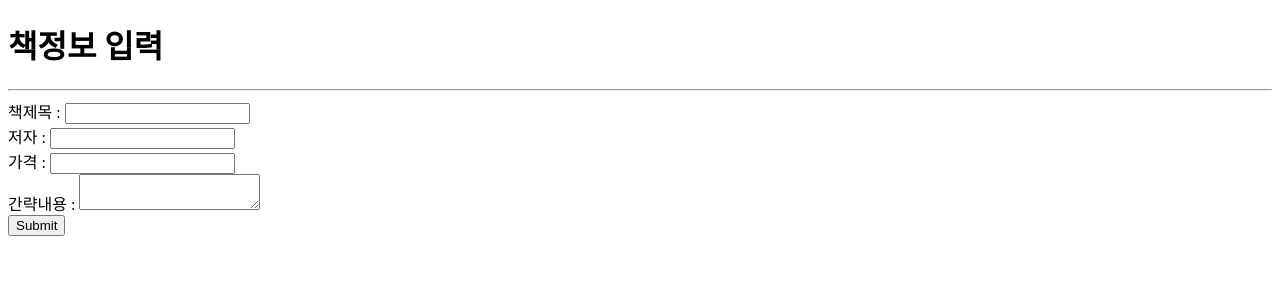
Repository: fhwang2/WEB
Page: 190710_JSP_withDB/WebContent/inputForm.html
An editor plug-in stored every save of this project. The page is shown before and after the next save, followed by the edit.
The browser window is 1280 px wide. The pictures show the whole page.

Above is the page before, as saved 2019-07-10 01:22:58.

After the next save:
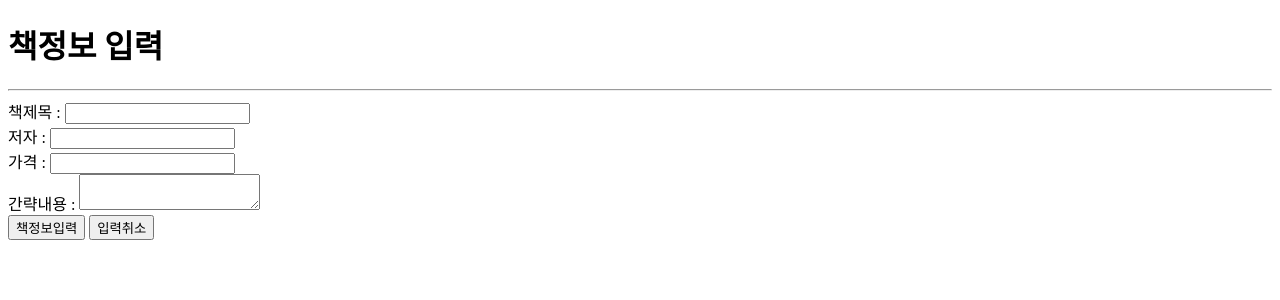
Saved 29 s later.
--- a/190710_JSP_withDB/WebContent/inputForm.html
+++ b/190710_JSP_withDB/WebContent/inputForm.html
@@ -13,7 +13,8 @@
 		가격 : <input type="text" name="price"><br>
 		간략내용 : <textarea rows="" cols=""></textarea> <!-- textarea 열고닫음 사이에 공백포함 아무것도 넣지 않도록 주의한다 -->
 		<br>
-		<input type="submit">
+		<input type="submit" value="책정보입력">
+		<input type="reset" value="입력취소">
 
 	</form>
 </body>
